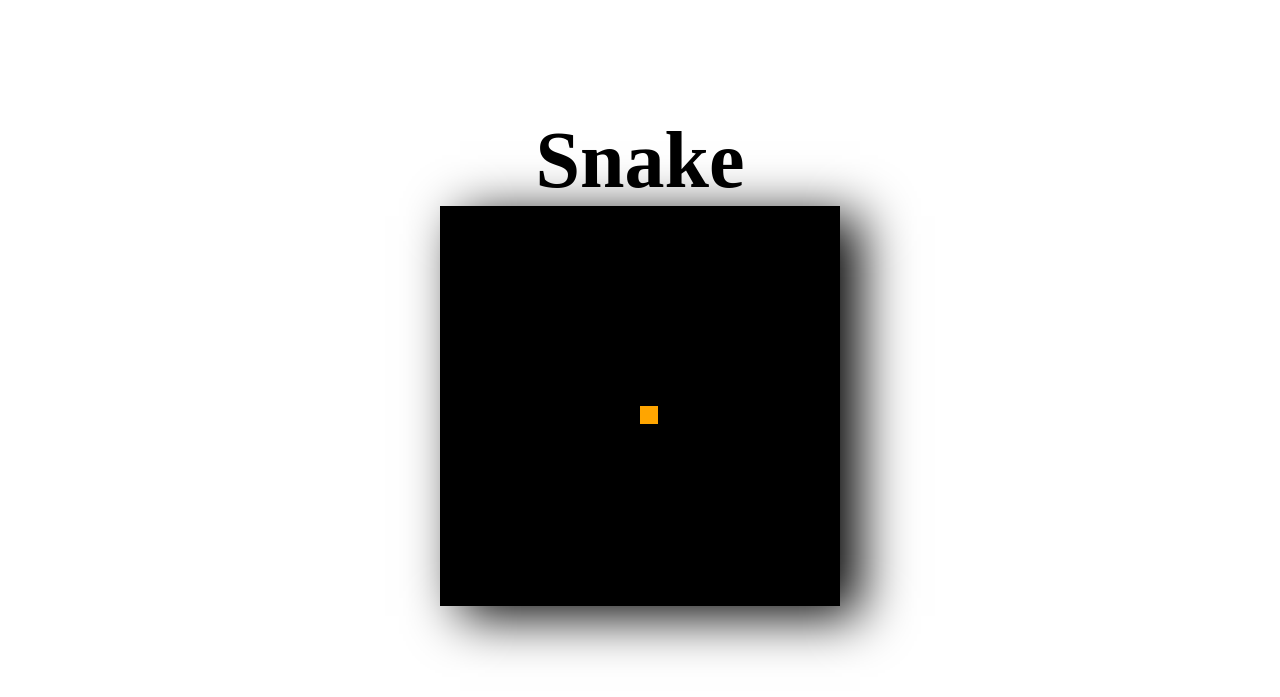
Repository: Ellisvelandia/snake
Page: index.html
The author's editor kept a copy of each file at every save. The page is drawn from the files as they stood at one save, then again after the next save.
The browser window is 1280 px wide. The pictures show the whole page.

Above is the page before, as saved 2022-08-26 23:40:36.

### index.html
<!DOCTYPE html>
<html lang="en">
  <head>
    <meta charset="UTF-8" />
    <meta http-equiv="X-UA-Compatible" content="IE=edge" />
    <meta name="viewport" content="width=device-width, initial-scale=1.0" />
    <link rel="stylesheet" href="style.css" />
    <title>Snake</title>
  </head>
  <body>
    <h1>Snake</h1>

    <canvas id="game" width="400" height="400"></canvas>
    <script src="index.js"></script>
  </body>
</html>

### style.css
* {
  margin: 0;
  padding: 0;
  box-sizing: border-box;
}

body {
  margin: 0;
  padding: 0;
  display: flex;
  flex-direction: column;
  justify-content: center;
  align-items: center;
  max-width: 100%;
  height: 100vh;
}

h1 {
  font-size: 5rem;
}
canvas {
  box-shadow: #000 20px 10px 50px;
}

### index.js
const canvas = document.getElementById("game");
const ctx = canvas.getContext("2d");

let speed = 7;

let tileCount = 20;
let tileSize = canvas.width / tileCount - 2;
let headX = 10;
let headY = 10;

let xVelocity = 0;
let yVelocity = 0;

// game  loop

function drawGame() {
  clearScreen();
  changeSnakePosition();
  drawSnake();
  setTimeout(drawGame, 1000 / speed);
}

function clearScreen() {
  ctx.fillStyle = "#000";
  ctx.fillRect(0, 0, canvas.width, canvas.height);
}

function drawSnake() {
  ctx.fillStyle = "#ffa500	";
  ctx.fillRect(headX * tileCount, headY * tileCount, tileSize, tileSize);
}

function changeSnakePosition() {
  headX = headX + xVelocity;
  headY = headY + yVelocity;
}

document.body.addEventListener("keydown", keyDown);

function keyDown(event) {
  // up
  if (event.keyCode == 38) {
    if (yVelocity == 1) return;
    yVelocity = -1;
    xVelocity = 0;
  }

  // down
  if (event.keyCode == 40) {
    if (yVelocity == -1) return;
    xVelocity = 1;
    yVelocity = 0;
  }

  // left
  if (event.keyCode == 37) {
    if (xVelocity == 1) return;
    xVelocity = 0;
    yVelocity = -1;
  }

  // right
  if (event.keyCode == 39) {
    if (xVelocity == -1) return;
    xVelocity = 0;
    yVelocity = 1;
  }
}

drawGame();

After the next save:
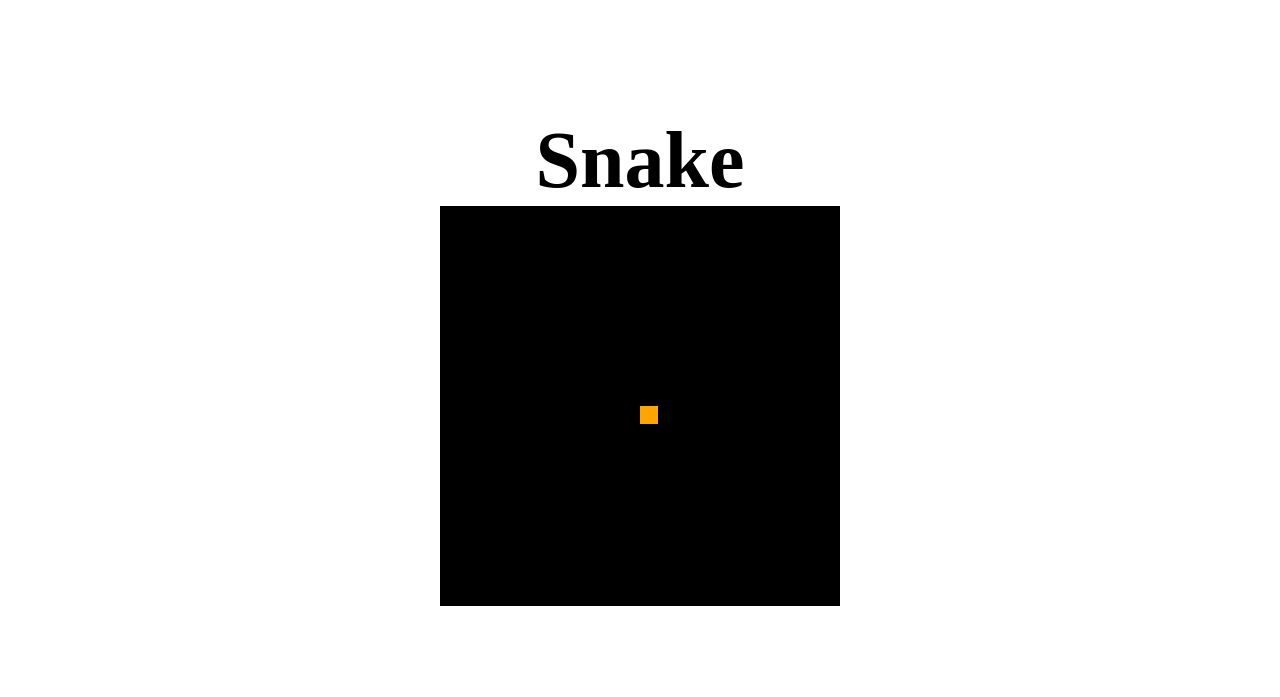
Saved 5 min 14 s later.
--- a/style.css
+++ b/style.css
@@ -19,5 +19,6 @@ h1 {
   font-size: 5rem;
 }
 canvas {
+  wi
   box-shadow: #000 20px 10px 50px;
 }
